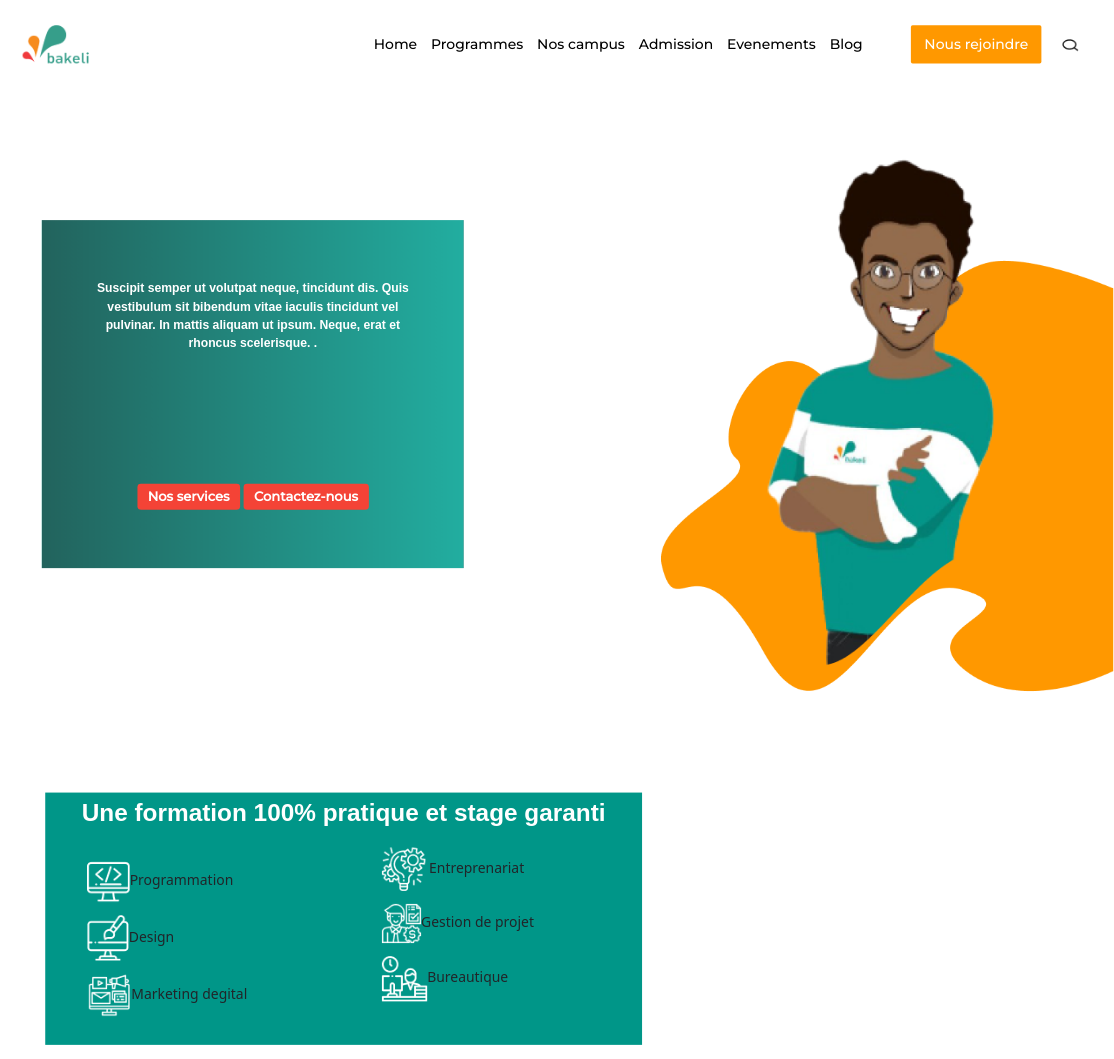
Repository: wadelfadill/tache_6_validation_prototype_bootstrap
Page: index.html
The author's editor kept a copy of each file at every save. The page is drawn from the files as they stood at one save, then again after the next save.
The browser window is 1280 px wide. The pictures show the whole page, at 87% of full size.
Some web libraries are served in a nearby version.

Above is the page before, as saved 2023-04-24 20:23:43.

After the next save:
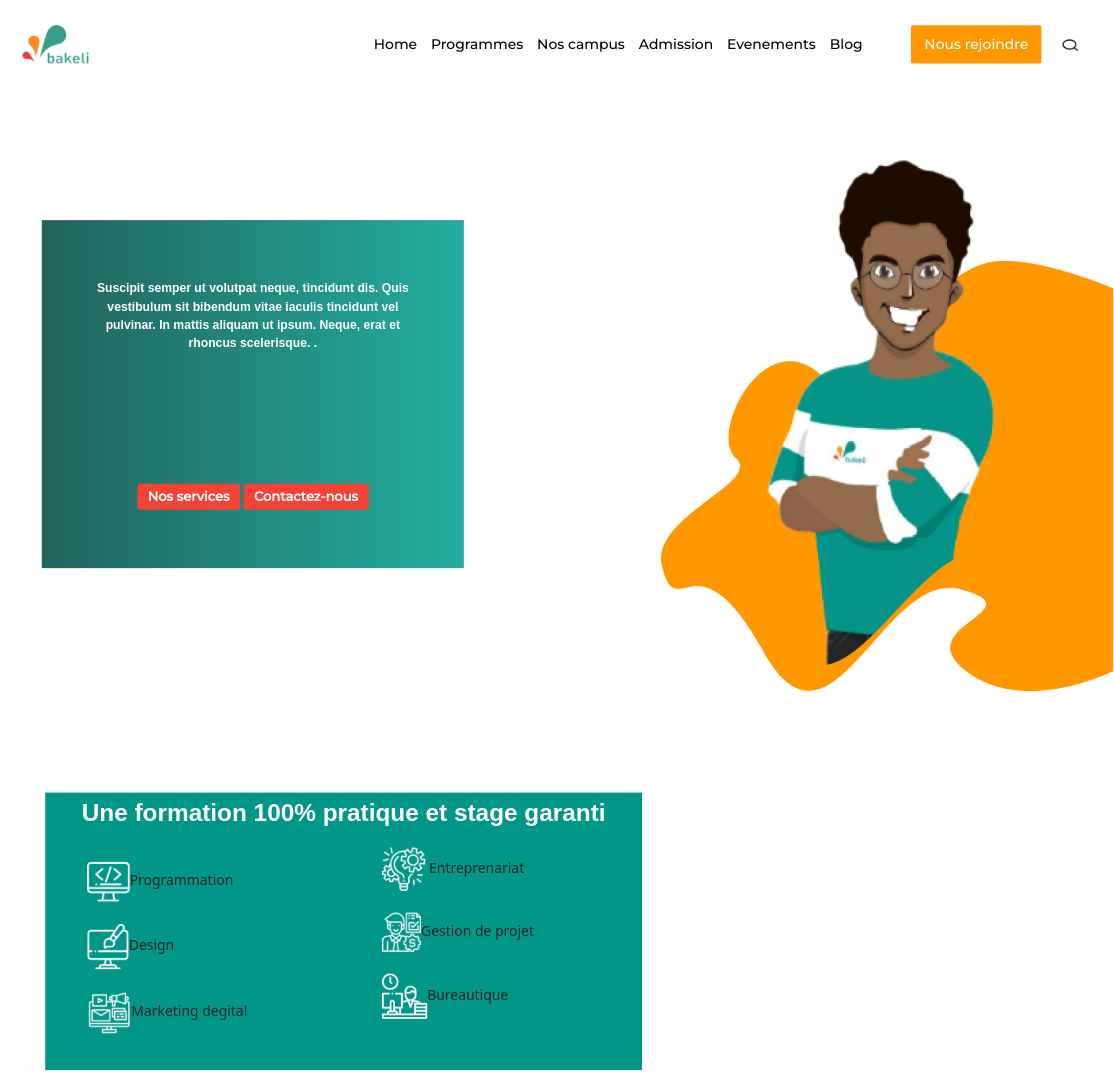
Saved 25 s later.
--- a/style.css
+++ b/style.css
@@ -117,6 +117,6 @@
 }
 #formations .formation ul li{
     list-style: none;
-    margin-bottom: 15px;
+    margin-bottom: 25px;
 
 }
